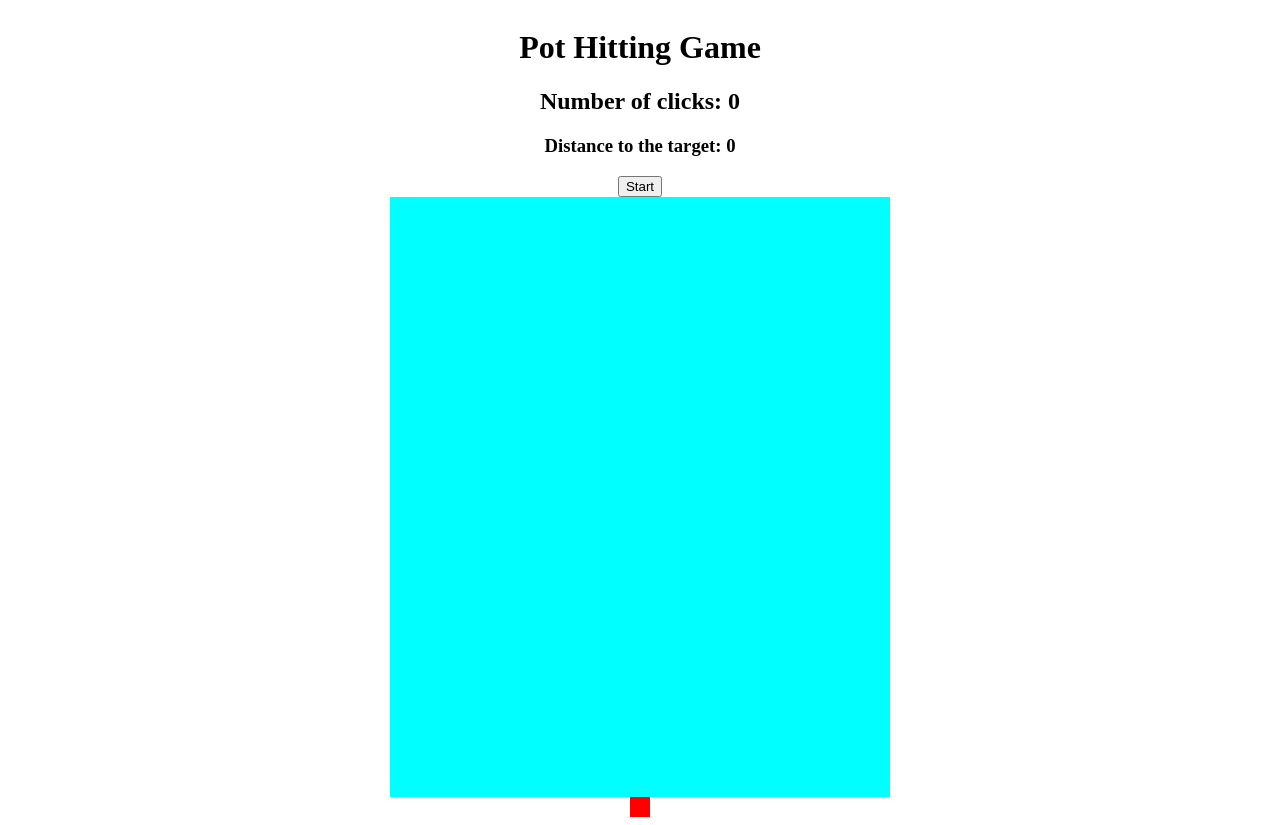
Repository: manojsatya/Web_development
Page: PotHitting_game/index.html
The author's editor kept a copy of each file at every save. The page is drawn from the files as they stood at one save, then again after the next save.
The browser window is 1280 px wide. The pictures show the whole page.
After loading, the first visible `button.reset` was clicked once.

Above is the page before, as saved 2019-06-03 16:13:21.

### PotHitting_game/index.html
<!DOCTYPE html>
<html lang="en">
<head>
    <meta charset="UTF-8">
    <meta name="viewport" content="width=device-width, initial-scale=1.0">
    <meta http-equiv="X-UA-Compatible" content="ie=edge">
    <title>Pot Hitting Game</title>

    <link rel="stylesheet" href="potplay.css">
</head>
<body>
        <div id="wrapper">
                <h1 class="head">Pot Hitting Game</h1>
                <h2> Number of clicks: <span id="clicks">0</span></h2>
                <h3>Distance to the target: <span id="dist">0</span></h3>
                <button class="reset"> Start</button>
                <div class="playarea">  </div>
               <!--  <div class="target"></div>   -->
        </div>








    <!-- <h2 onclick="showCoords(event)">Click this heading to get the x (horizontal) and y (vertical) coordinates of the mouse pointer when it was clicked.</h2>

    <p><strong>Tip:</strong> Try to click different places in the heading.</p>
 -->


    <script src="potplay.js"></script>


</body>
</html>

### PotHitting_game/potplay.css
.playarea{
    margin: 0 auto;
    width: 500px;
    height: 600px;
    background-color: aqua;


}

.selected{
    background-color: red;
}


#wrapper{
    align-content: center;
    text-align: center;
}

/* #target{
    margin: 0 auto;
    width: 20px;
    height: 20px;
    background-color: red;
    margin-top: -300px;
} */

### PotHitting_game/potplay.js
var playarea = document.querySelector(".playarea");
//var targetarea = document.getElementById("target");
var clicktext = document.getElementById("clicks");
var showDist = document.getElementById("dist");
var clickCount = 0;
var reset = document.querySelector(".reset");
//var target = {};
var DOMobject = document.createElement("div");

playarea.addEventListener("click", function(){
    clickCount++ ;
    clicktext.textContent = clickCount;
    xClick = event.clientX;
    yClick = event.clientY;
    //var distance = Math.sqrt(Math.pow(xPot - xClick, 2) + Math.pow(yPot - yClick, 2));
    //showDist.textContent = distance;
    //console.log("Herer");
    console.log(" Left: "+ playarea.offsetLeft);
    console.log(" Top: "+ playarea.offsetTop);
    //console.log("Herer");


    x = event.clientX;
    y = event.clientY;
    var coords = "X coords: " + x + ", Y coords: " + y;

    console.log(coords);

});

reset.addEventListener("click", function(){
    clickCount = 0;
    clicktext.textContent = clickCount;
    distance = 0;
    showDist.textContent = distance;
    DOMobject.id = "target";
    DOMobject.style.width = "20px";
    DOMobject.style.height = "20px";
    DOMobject.style.backgroundColor = "red";
    DOMobject.style.margin = "0 auto";
    //DOMobject.style.left = playarea.offsetTop;
    document.getElementById("wrapper").appendChild(DOMobject);
});

/* targetarea.addEventListener("click", function(){

    alert("Clicked the target area");
}); */

function showCoords(event) {
    x = event.clientX;
    y = event.clientY;
    var coords = "X coords: " + x + ", Y coords: " + y;

    console.log(coords);

    document.getElementById("demo").innerHTML = coords;
  }

function getDistance(xPot, xClick, yPot, yClick){
    var distance = Math.sqrt(Math.pow(xPot - xClick, 2) + Math.pow(yPot - yClick, 2));
    return distance;
}

After the next save:
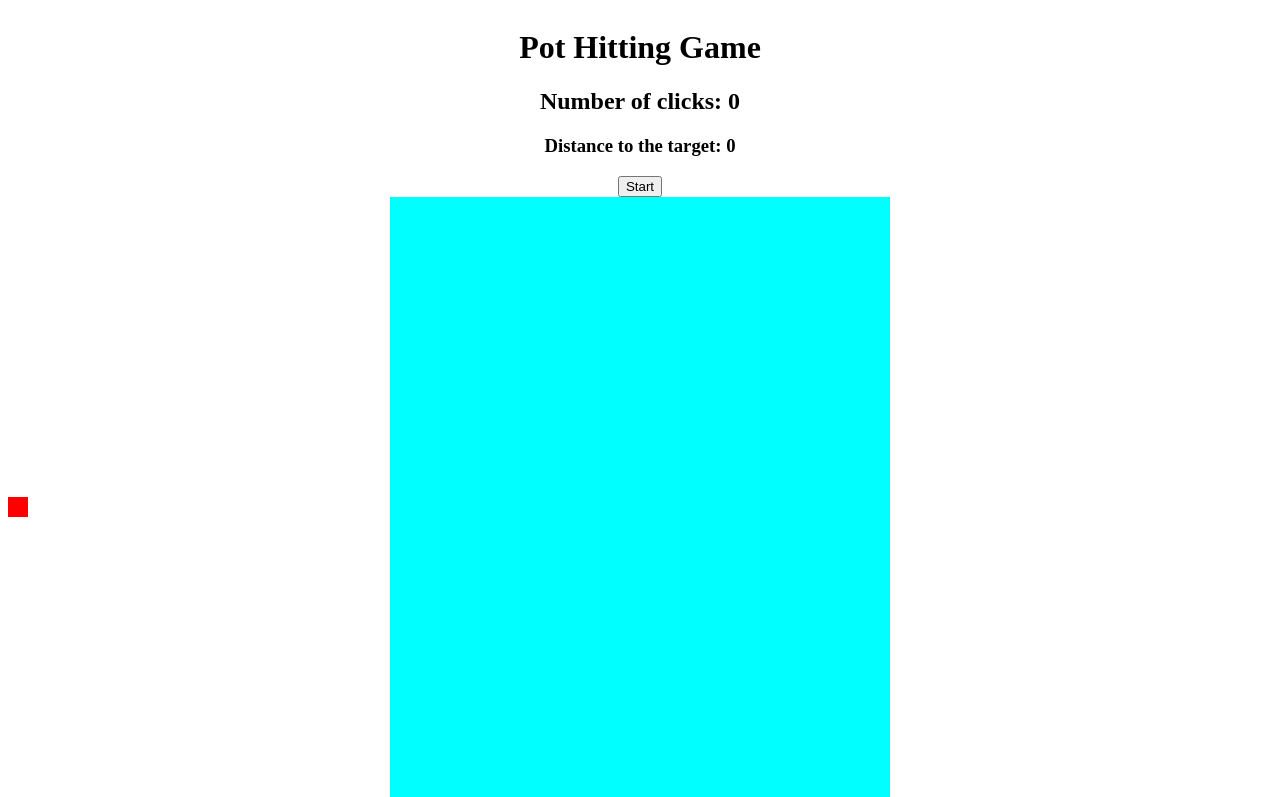
Saved 58 s later.
--- a/PotHitting_game/potplay.js
+++ b/PotHitting_game/potplay.js
@@ -37,7 +37,7 @@ reset.addEventListener("click", function(){
     DOMobject.style.width = "20px";
     DOMobject.style.height = "20px";
     DOMobject.style.backgroundColor = "red";
-    DOMobject.style.margin = "0 auto";
+    DOMobject.style.marginTop = "-300px";
     //DOMobject.style.left = playarea.offsetTop;
     document.getElementById("wrapper").appendChild(DOMobject);
 });
